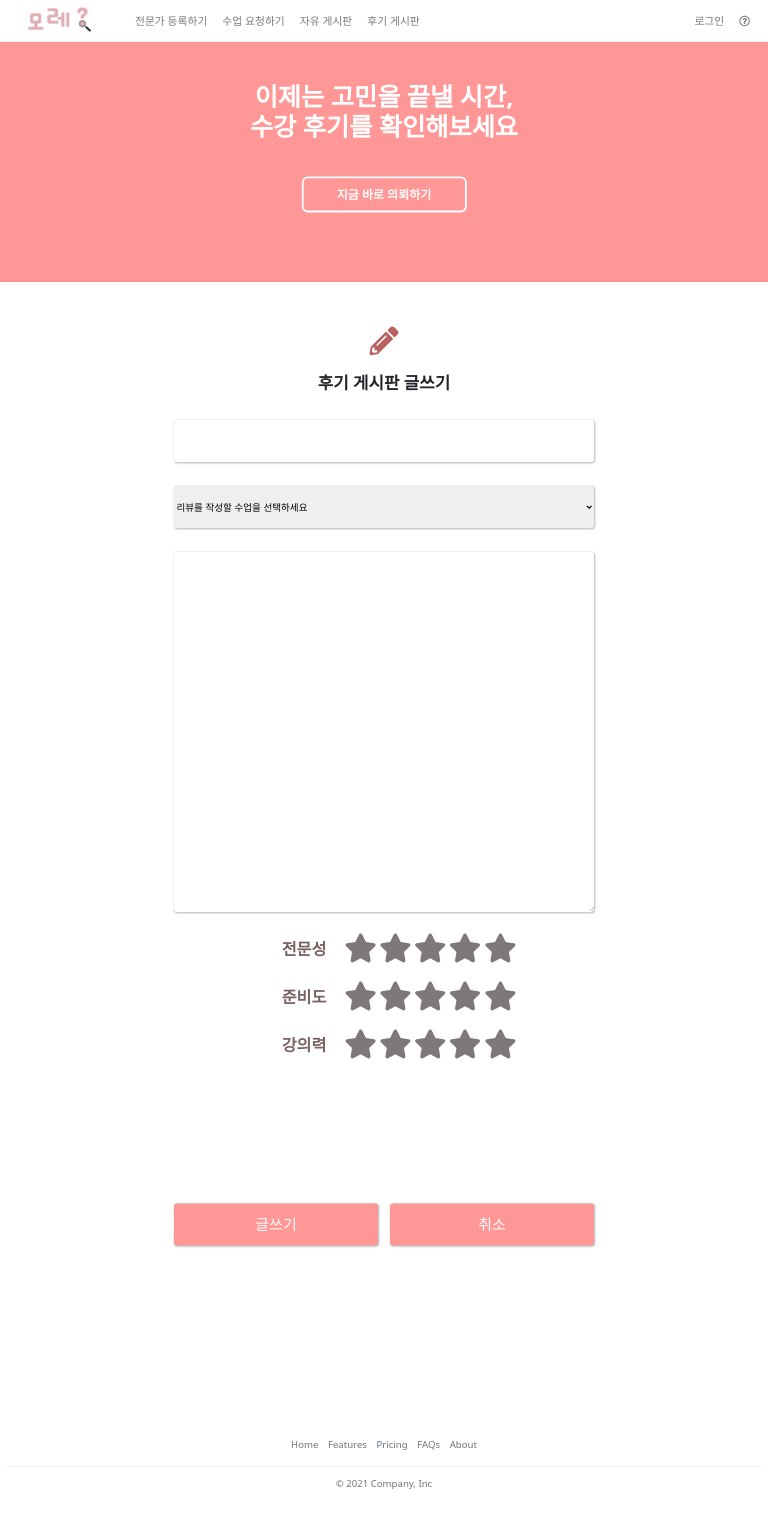
Repository: isssson/MVC2_more
Page: http://localhost/more/WEB-INF/views/review/reviewWrite.jsp
The author's editor kept a copy of each file at every save. The page is drawn from the files as they stood at one save, then again after the next save.
The browser window is 1280 px wide. The pictures show the whole page, at 60% of full size.
Some web libraries are served in a nearby version. The page is served by Tomcat 9. Nobody is signed in. The template is opened directly, without the code that normally fills it, so the values that code supplies are empty.

Above is the page before, as saved 2021-12-10 05:49:06.

After the next save:
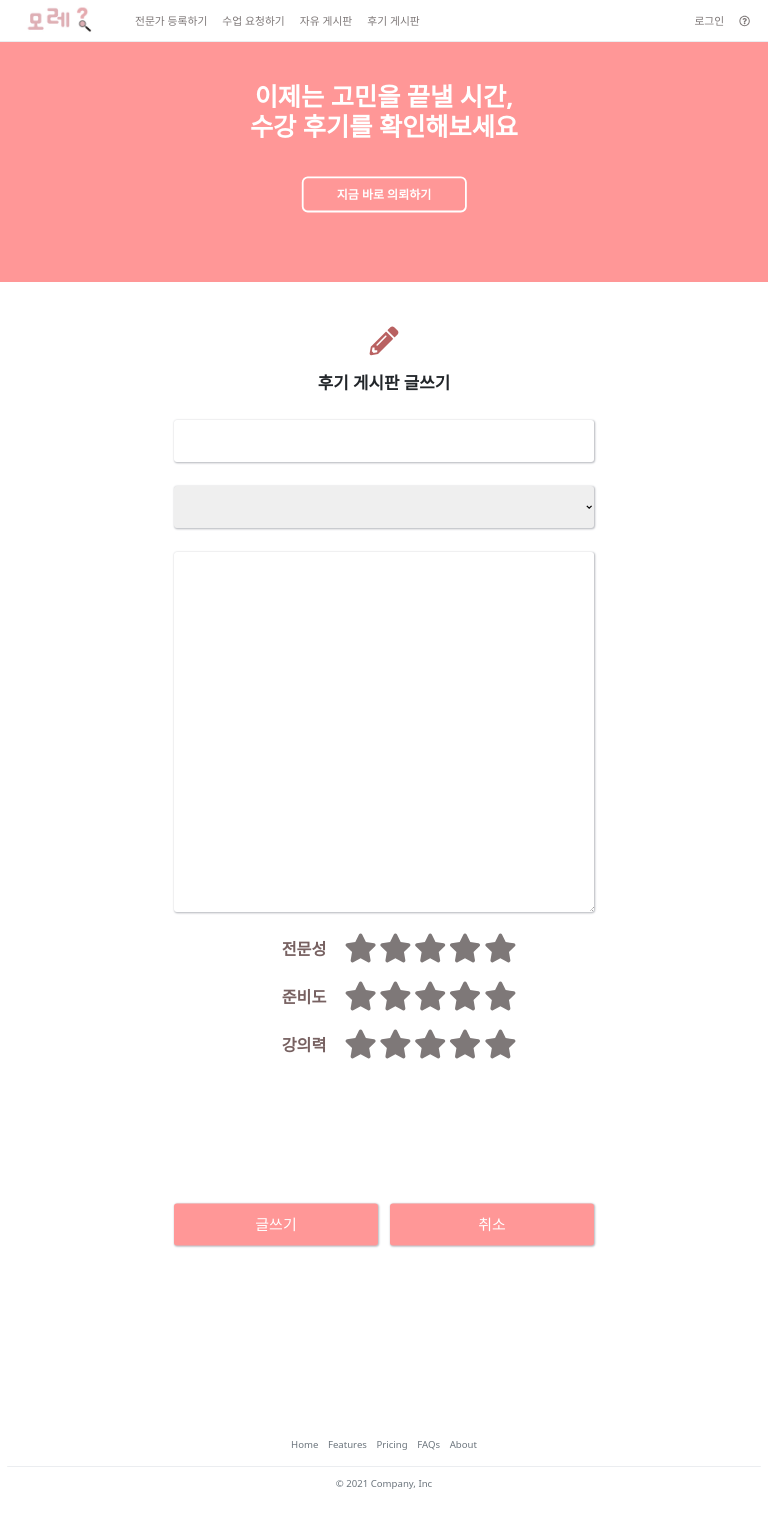
Saved 91 s later.
--- a/more/src/main/webapp/WEB-INF/views/review/reviewWrite.jsp
+++ b/more/src/main/webapp/WEB-INF/views/review/reviewWrite.jsp
@@ -34,7 +34,7 @@
 		<div class="writeContainer">
 			<input type="text" name="name" value="${sessionScope.sessionName}" readonly>
 			<select name="lessonlist" onchange="selectCate(this.value)" required>
-				<option>리뷰를 작성할 수업을 선택하세요</option>
+				<option disabled="disabled">리뷰를 작성할 수업을 선택하세요</option>
 				<c:forEach var="list" items="${list}">
 					<option value="${list.e_id}강사의 ${list.cate2}레슨(${list.cate1})">${list.e_id}강사의 ${list.cate2} 레슨(${list.cate1})</option>
 				</c:forEach>

After the save that followed:
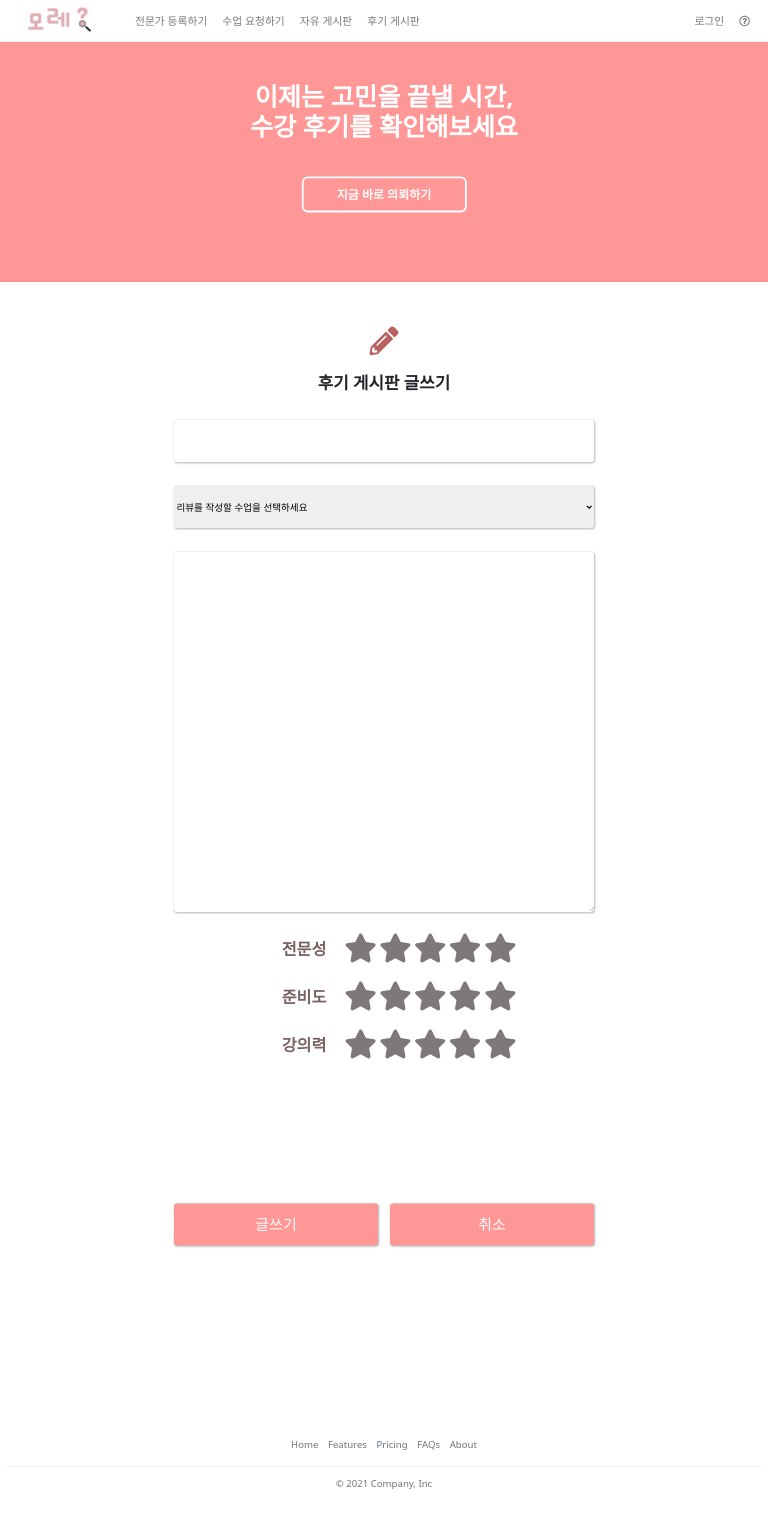
Saved 30 s later.
--- a/more/src/main/webapp/WEB-INF/views/review/reviewWrite.jsp
+++ b/more/src/main/webapp/WEB-INF/views/review/reviewWrite.jsp
@@ -34,7 +34,7 @@
 		<div class="writeContainer">
 			<input type="text" name="name" value="${sessionScope.sessionName}" readonly>
 			<select name="lessonlist" onchange="selectCate(this.value)" required>
-				<option disabled="disabled">리뷰를 작성할 수업을 선택하세요</option>
+				<option>리뷰를 작성할 수업을 선택하세요</option>
 				<c:forEach var="list" items="${list}">
 					<option value="${list.e_id}강사의 ${list.cate2}레슨(${list.cate1})">${list.e_id}강사의 ${list.cate2} 레슨(${list.cate1})</option>
 				</c:forEach>
